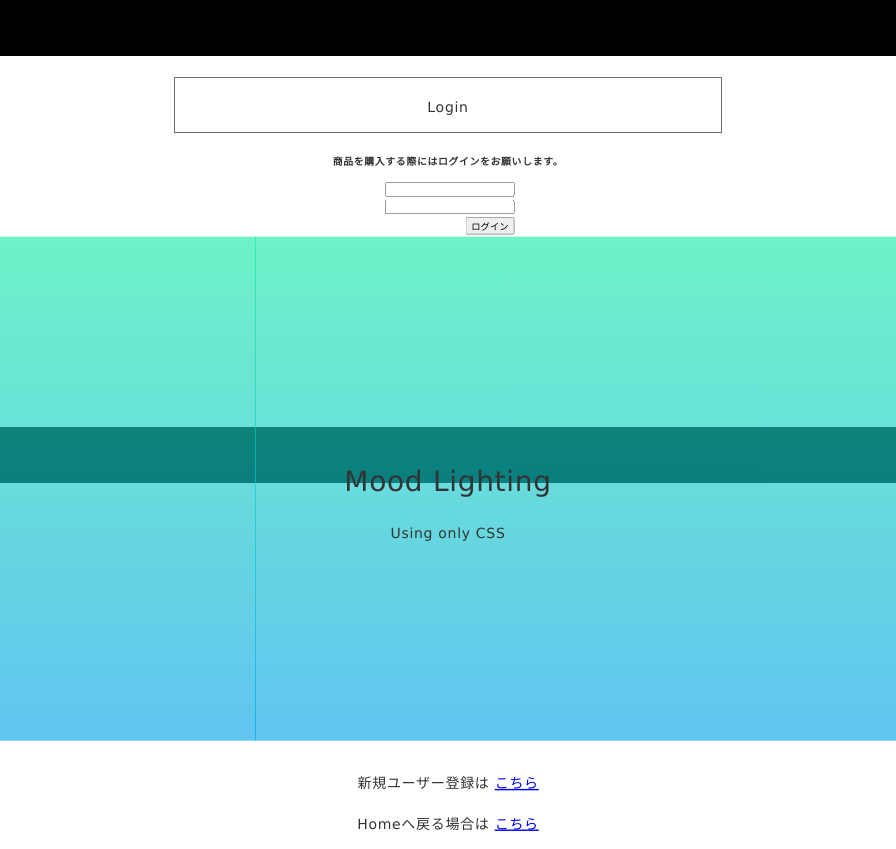
Repository: yanaiwataru/test
Page: http://localhost/ecsite/HomeAction.action
The author's editor kept a copy of each file at every save. The page is drawn from the files as they stood at one save, then again after the next save.
The browser window is 1280 px wide. The pictures show the whole page, at 70% of full size.
The page is served by Tomcat 9. Other server files are loaded and not shown.

Above is the page before, as saved 2018-03-12 05:58:14.

### ecsite/WebContent/login.jsp
<%@ page language="java" contentType="text/html; charset=UTF-8"
	pageEncoding="UTF-8"%>

<%@ taglib prefix="s" uri="/struts-tags"%>
<!DOCTYPE html>
<html>
<head>
<link rel="stylesheet" type="text/css" href="css/login.css">
<meta http-equiv="Content-Type" content="text/html; charset=utf-8" />
<meta http-equiv="Content-Style-Type" content="text/css" />
<meta http-equiv="Content-Script-Type" content="text/javascript" />
<meta http-equiv="imagetoolbar" content="no" />
<meta name="description" content="" />
<meta name="keywords" content="" />
<title>Login画面</title>
<style type="text/css">
body {
	margin: 0;
	padding: 0;
	line-height: 1.6;
	letter-spacing: 1px;
	font-family: Verdana, Helvetica, sans-serif;
	font-size: 12px;
	color: #333;
	background: #fff;
}

table {
	text-align: center;
	margin: 0 auto;
}
/* ========ID LAYOUT======== */
#top {
	width: 780px;
	margin: 30px auto;
	border: 1px solid #333;
}

#header {
	width: 100%;
	height: 80px;
	background-color: black;
}

#main {
	width: 100%;
	height: 500px;
	text-align: center;
}

#footer {
	width: 100%;
	height: 80px;
	background-color: black;
	clear: both;
}

#text-link {
	display: inline-block;
	text-align: right;
}
</style>

</head>
<body>

	<div id="header">

		<div id="pr"></div>

	</div>
	<div id="main">

		<div id="top">
			<p>Login</p>

		</div>
		<div>

			<h3>商品を購入する際にはログインをお願いします。</h3>
			<s:form action="LoginAction">
				<s:textfield name="loginUserId" />
				<s:password name="loginPassword" />
				<s:submit value="ログイン" />

			</s:form>
		</div>
		<div class="holder">
			<div class="first"></div>
			<div class="second"></div>
			<div class="third"></div>
			<div class="txt">
				<h1>Mood Lighting</h1>
				<p>Using only CSS</p>
			</div>
		</div>
		<br />

		<div id="text-link">
			<p>
				新規ユーザー登録は <a href='<s:url action="UserCreateAction" />'>こちら</a>
			</p>
			<p>
				Homeへ戻る場合は <a href='<s:url action="GoHomeAction" />'>こちら</a>
			</p>

		</div>

	</div>

	</div>
	<div id="footer">

		<div id="pr"></div>

	</div>

</body>
</html>

### ecsite/WebContent/css/login.css
@CHARSET "UTF-8";

.color{
	  @import url(https://fonts.googleapis.com/css?family=Bitter);
    body {
      margin: 0;
      font-family: 'Bitter', serif;
      text-align: center;
    }
    .holder,
    .first,
    .second,
    .third {
      height: 100vh;
      width: 100vw;
    }
    .first,
    .second,
    .third {
      position: absolute;
    }
    .second,
    .third {
      opacity: 0;
    }
    .holder {
      height: 100vh;
      position: relative;
      z-index: 1;
    }
    .first {
      animation: first 10s infinite;
      background: linear-gradient(#5ff8ca, #60e08c);
      z-index: 10;
    }
      @keyframes first {
        0% {opacity: 1.0;}
        10% {opacity: 0.8;}
        20% {opacity: 0.6;}
        30% {opacity: 0.4;}
        40% {opacity: 0.2;}
        50% {opacity: 0.1;}
        60% {opacity: 0.2;}
        70% {opacity: 0.4;}
        80% {opacity: 0.6;}
        90% {opacity: 0.8;}
        100% {opacity: 1.0;}
      }

    .second {
      animation: second 10s infinite; animation-delay: 2s;
      background: linear-gradient(#19eaa6, #00a1f0);
      z-index: 20;
    }
      @keyframes second {
        0% {opacity: 0;}
        10% {opacity: 0.2;}
        20% {opacity: 0.4;}
        30% {opacity: 0.6;}
        40% {opacity: 0.8;}
        50% {opacity: 1.0;}
        60% {opacity: 0.8;}
        70% {opacity: 0.6;}
        80% {opacity: 0.4;}
        90% {opacity: 0.2;}
        100% {opacity: 0;}
      }

    .third {
      animation: third 10s infinite;
      animation-delay: 8s;
      background: linear-gradient(#aab7f8, #ff75c6);
      z-index: 30;
    }
      @keyframes third {
        0% {opacity: 0;}
        10% {opacity: 0.2;}
        20% {opacity: 0.4;}
        30% {opacity: 0.6;}
        40% {opacity: 0.8;}
        50% {opacity: 1.0;}
        60% {opacity: 0.8;}
        70% {opacity: 0.6;}
        80% {opacity: 0.4;}
        90% {opacity: 0.2;}
        100% {opacity: 0;}
      }

    .txt {
      margin-top: calc(50vh - 43px);
      position: absolute;
      width: 100%;
      z-index: 1000;
    }
    h1 {
      font-size: 40px;
      font-weight: 400;
      margin: 0;
    }
    p {
      font-size: 20px;
      margin-top: 26px;
    }
}
/*------------------------------コピペ----------------------------------------*/
    @import url(https://fonts.googleapis.com/css?family=Bitter);
    body {
      margin: 0;
      font-family: 'Bitter', serif;
      text-align: center;
    }
     top{
      height: 100vh;
      width: 100vw;
    }
    .first,
    .second,
    .third {
      position: absolute;
    }
    .second,
    .third {
      opacity: 0;
    }
    .holder {
      height: 100vh;
      position: relative;
      z-index: 1;
    }
    .first {
      animation: first 10s infinite;
      background: linear-gradient(#5ff8ca, #60e08c);
      z-index: 10;
    }
      @keyframes first {
        0% {opacity: 1.0;}
        10% {opacity: 0.8;}
        20% {opacity: 0.6;}
        30% {opacity: 0.4;}
        40% {opacity: 0.2;}
        50% {opacity: 0.1;}
        60% {opacity: 0.2;}
        70% {opacity: 0.4;}
        80% {opacity: 0.6;}
        90% {opacity: 0.8;}
        100% {opacity: 1.0;}
      }

    .second {
      animation: second 10s infinite; animation-delay: 2s;
      background: linear-gradient(#19eaa6, #00a1f0);
      z-index: 20;
    }
      @keyframes second {
        0% {opacity: 0;}
        10% {opacity: 0.2;}
        20% {opacity: 0.4;}
        30% {opacity: 0.6;}
        40% {opacity: 0.8;}
        50% {opacity: 1.0;}
        60% {opacity: 0.8;}
        70% {opacity: 0.6;}
        80% {opacity: 0.4;}
        90% {opacity: 0.2;}
        100% {opacity: 0;}
      }

    .third {
      animation: third 10s infinite;
      animation-delay: 8s;
      background: linear-gradient(#aab7f8, #ff75c6);
      z-index: 30;
    }
      @keyframes third {
        0% {opacity: 0;}
        10% {opacity: 0.2;}
        20% {opacity: 0.4;}
        30% {opacity: 0.6;}
        40% {opacity: 0.8;}
        50% {opacity: 1.0;}
        60% {opacity: 0.8;}
        70% {opacity: 0.6;}
        80% {opacity: 0.4;}
        90% {opacity: 0.2;}
        100% {opacity: 0;}
      }

    .txt {
      margin-top: calc(50vh - 43px);
      position: absolute;
      width: 100%;
      z-index: 1000;
    }
    h1 {
      font-size: 40px;
      font-weight: 400;
      margin: 0;
    }
    p {
      font-size: 20px;
      margin-top: 26px;
    }

    .holder,
    .first,
    .second,
    .third {
      height: 100vh;
      width: 100vw;
    }
    .first,
    .second,
    .third {
      position: absolute;
    }
    .second,
    .third {
      opacity: 0;
    }
    .holder {
      height: 100vh;
      position: relative;
      z-index: 1;
    }
    .first {
      animation: first 10s infinite;
      background: linear-gradient(#5ff8ca, #60e08c);
      z-index: 10;
    }
      @keyframes first {
        0% {opacity: 1.0;}
        10% {opacity: 0.8;}
        20% {opacity: 0.6;}
        30% {opacity: 0.4;}
        40% {opacity: 0.2;}
        50% {opacity: 0.1;}
        60% {opacity: 0.2;}
        70% {opacity: 0.4;}
        80% {opacity: 0.6;}
        90% {opacity: 0.8;}
        100% {opacity: 1.0;}
      }

    .second {
      animation: second 10s infinite; animation-delay: 2s;
      background: linear-gradient(#19eaa6, #00a1f0);
      z-index: 20;
    }
      @keyframes second {
        0% {opacity: 0;}
        10% {opacity: 0.2;}
        20% {opacity: 0.4;}
        30% {opacity: 0.6;}
        40% {opacity: 0.8;}
        50% {opacity: 1.0;}
        60% {opacity: 0.8;}
        70% {opacity: 0.6;}
        80% {opacity: 0.4;}
        90% {opacity: 0.2;}
        100% {opacity: 0;}
      }

    .third {
      animation: third 10s infinite;
      animation-delay: 8s;
      background: linear-gradient(#aab7f8, #ff75c6);
      z-index: 30;
    }
      @keyframes third {
        0% {opacity: 0;}
        10% {opacity: 0.2;}
        20% {opacity: 0.4;}
        30% {opacity: 0.6;}
        40% {opacity: 0.8;}
        50% {opacity: 1.0;}
        60% {opacity: 0.8;}
        70% {opacity: 0.6;}
        80% {opacity: 0.4;}
        90% {opacity: 0.2;}
        100% {opacity: 0;}
      }

    .txt {
      margin-top: calc(50vh - 43px);
      position: absolute;
      width: 100%;
      z-index: 1000;
    }
    h1 {
      font-size: 40px;
      font-weight: 400;
      margin: 0;
    }
    p {
      font-size: 20px;
      margin-top: 26px;
    }

After the next save:
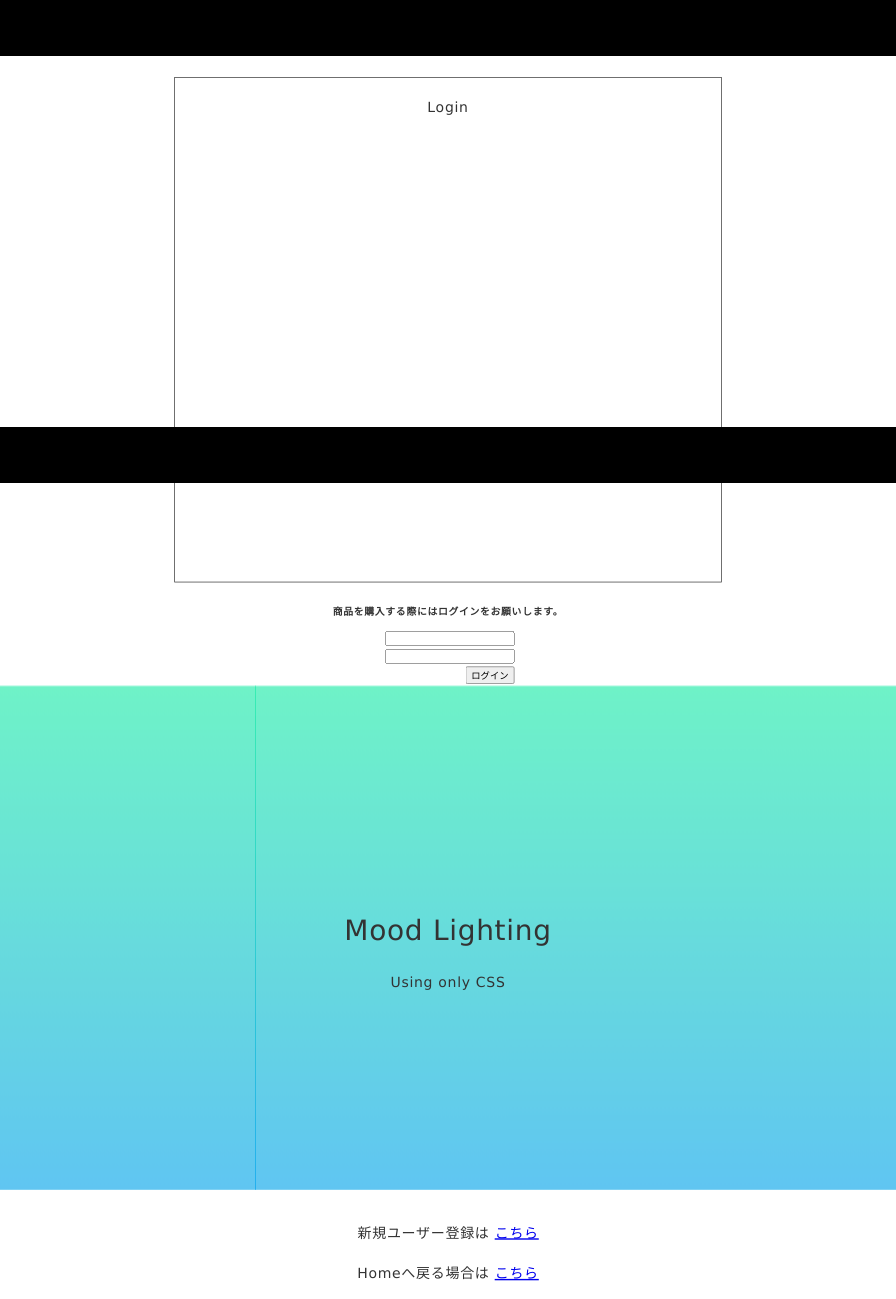
Saved 9 s later.
--- a/ecsite/WebContent/css/login.css
+++ b/ecsite/WebContent/css/login.css
@@ -109,7 +109,7 @@
       font-family: 'Bitter', serif;
       text-align: center;
     }
-     top{
+     #top{
       height: 100vh;
       width: 100vw;
     }

After the save that followed:
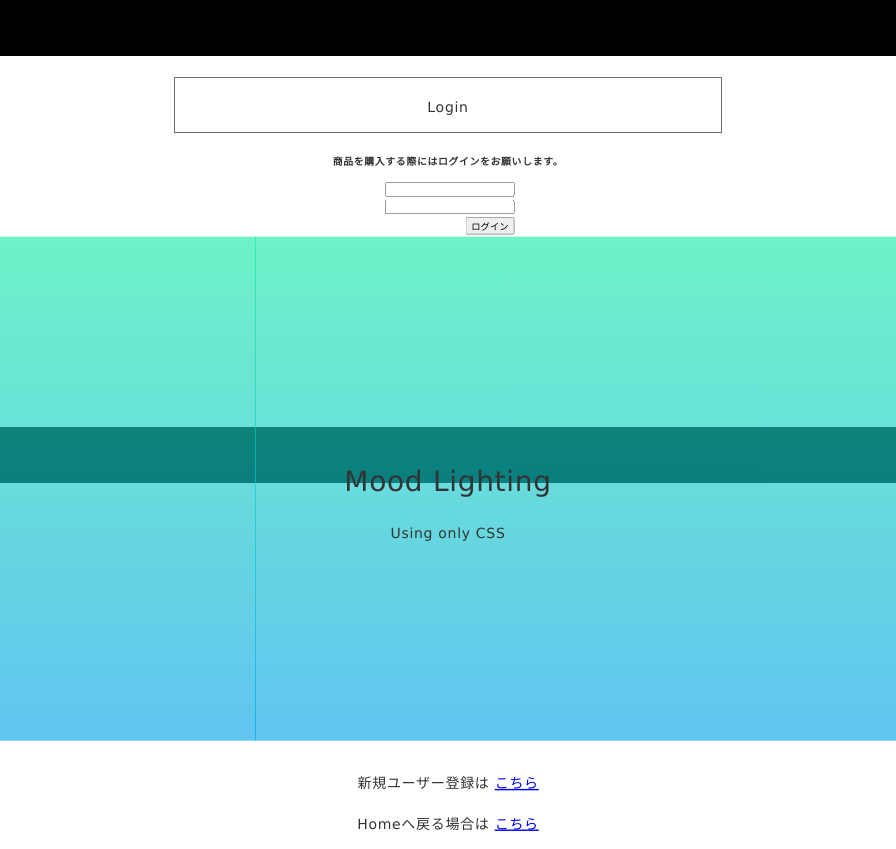
Saved 11 s later.
--- a/ecsite/WebContent/css/login.css
+++ b/ecsite/WebContent/css/login.css
@@ -109,7 +109,7 @@
       font-family: 'Bitter', serif;
       text-align: center;
     }
-     #top{
+     top{
       height: 100vh;
       width: 100vw;
     }
